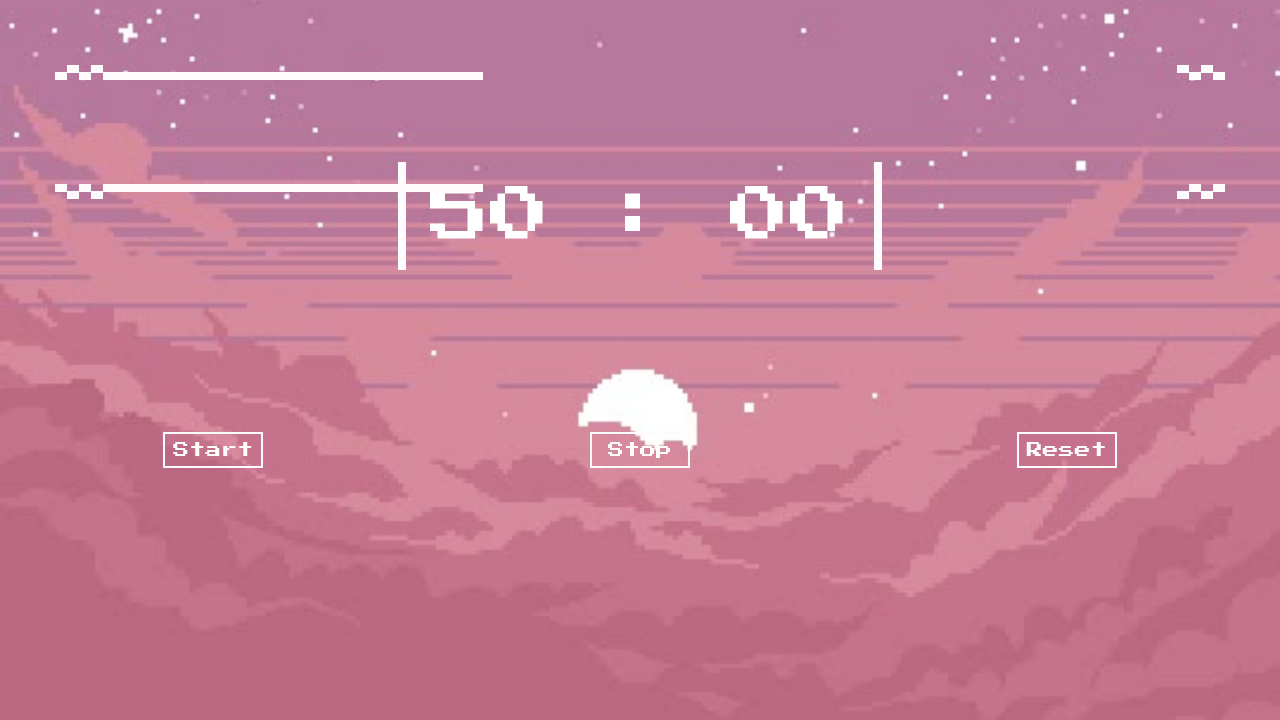
Repository: niharikapatil2306/Study-Timer
Page: index.html
An editor plug-in stored every save of this project. The page is shown before and after the next save, followed by the edit.
The browser window is 1280 px wide. The pictures show the whole page.

Above is the page before, as saved 2025-02-18 18:02:52.

After the next save:
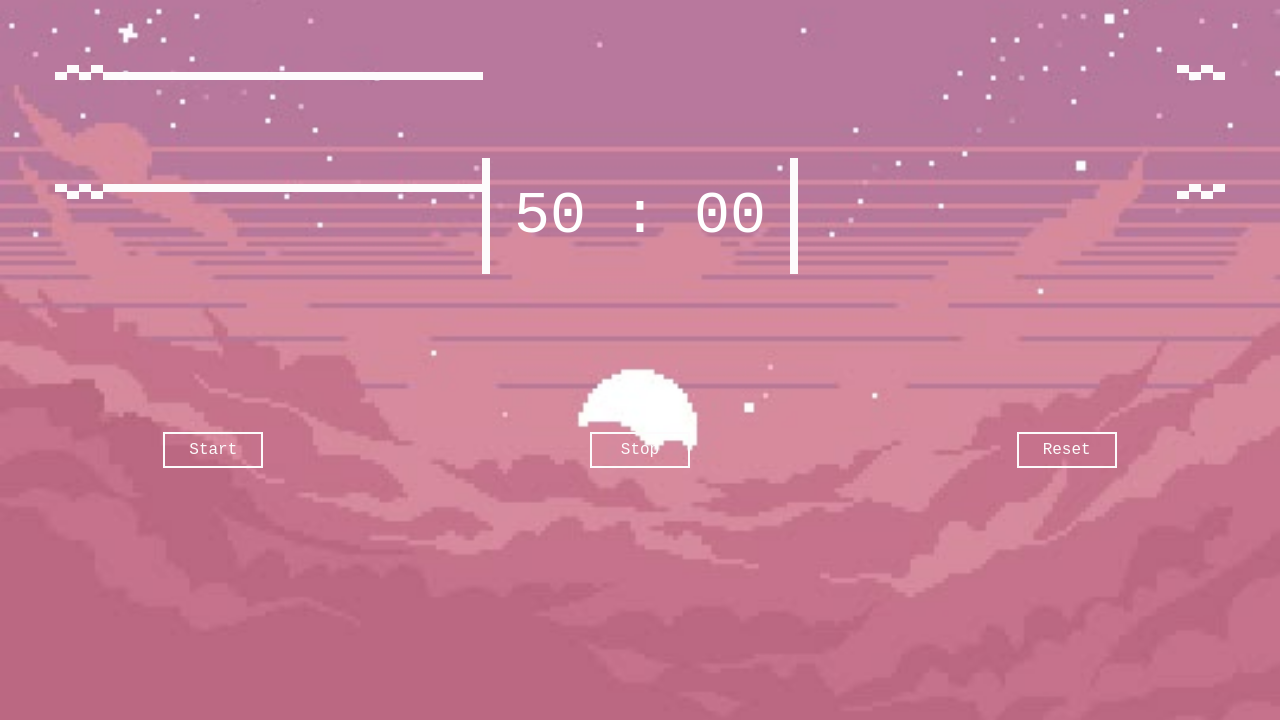
Saved 115 s later.
--- a/index.html
+++ b/index.html
@@ -4,7 +4,7 @@
     <meta charset="UTF-8">
     <meta name="viewport" content="width=device-width, initial-scale=1.0">
     <title>Study Timer</title>
-    <link href="https://fonts.googleapis.com/css2?family=Press+Start+2P&display=swap" rel="stylesheet">
+    <link href="https://fonts.googleapis.com/css2?family=Pixelify+Sans:wght@400..700&display=swap" rel="stylesheet">
     <link rel="stylesheet" href="style.css" />
 </head>
 <body style="background-color: black;">

After the save that followed:
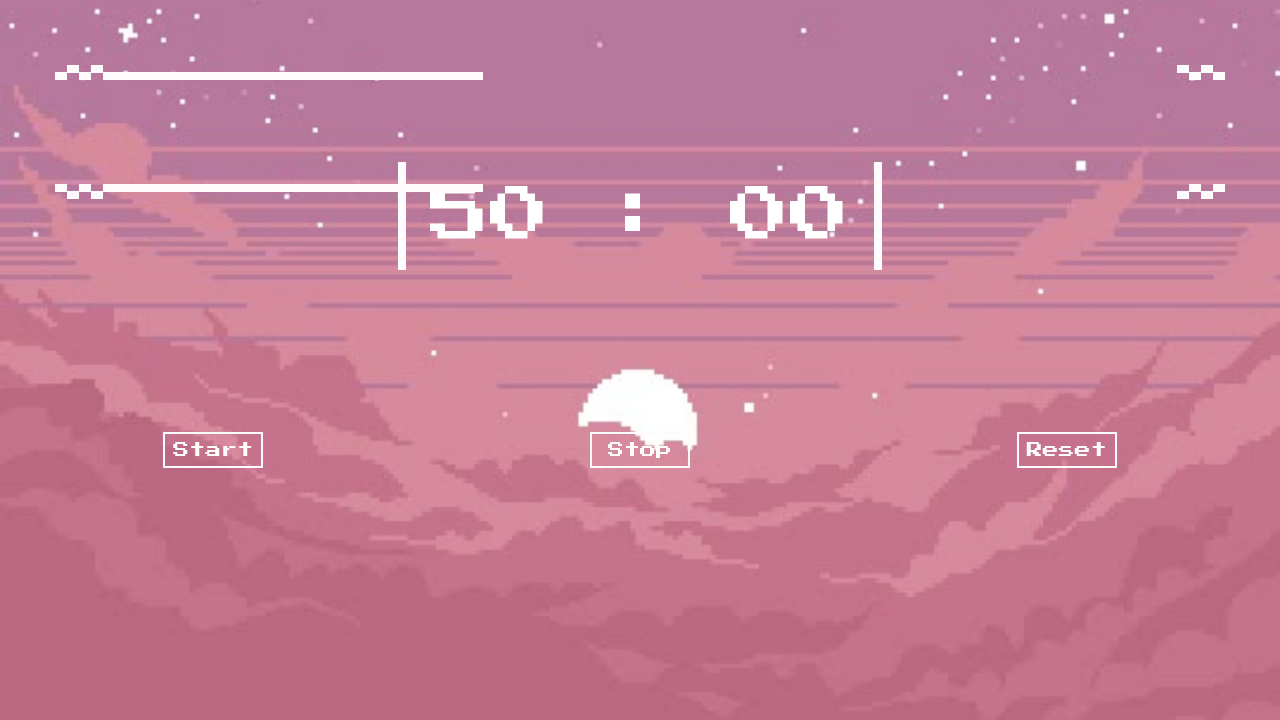
Saved 24 s later.
--- a/index.html
+++ b/index.html
@@ -4,7 +4,7 @@
     <meta charset="UTF-8">
     <meta name="viewport" content="width=device-width, initial-scale=1.0">
     <title>Study Timer</title>
-    <link href="https://fonts.googleapis.com/css2?family=Pixelify+Sans:wght@400..700&display=swap" rel="stylesheet">
+    <link href="https://fonts.googleapis.com/css2?family=Press+Start+2P&display=swap" rel="stylesheet">
     <link rel="stylesheet" href="style.css" />
 </head>
 <body style="background-color: black;">
